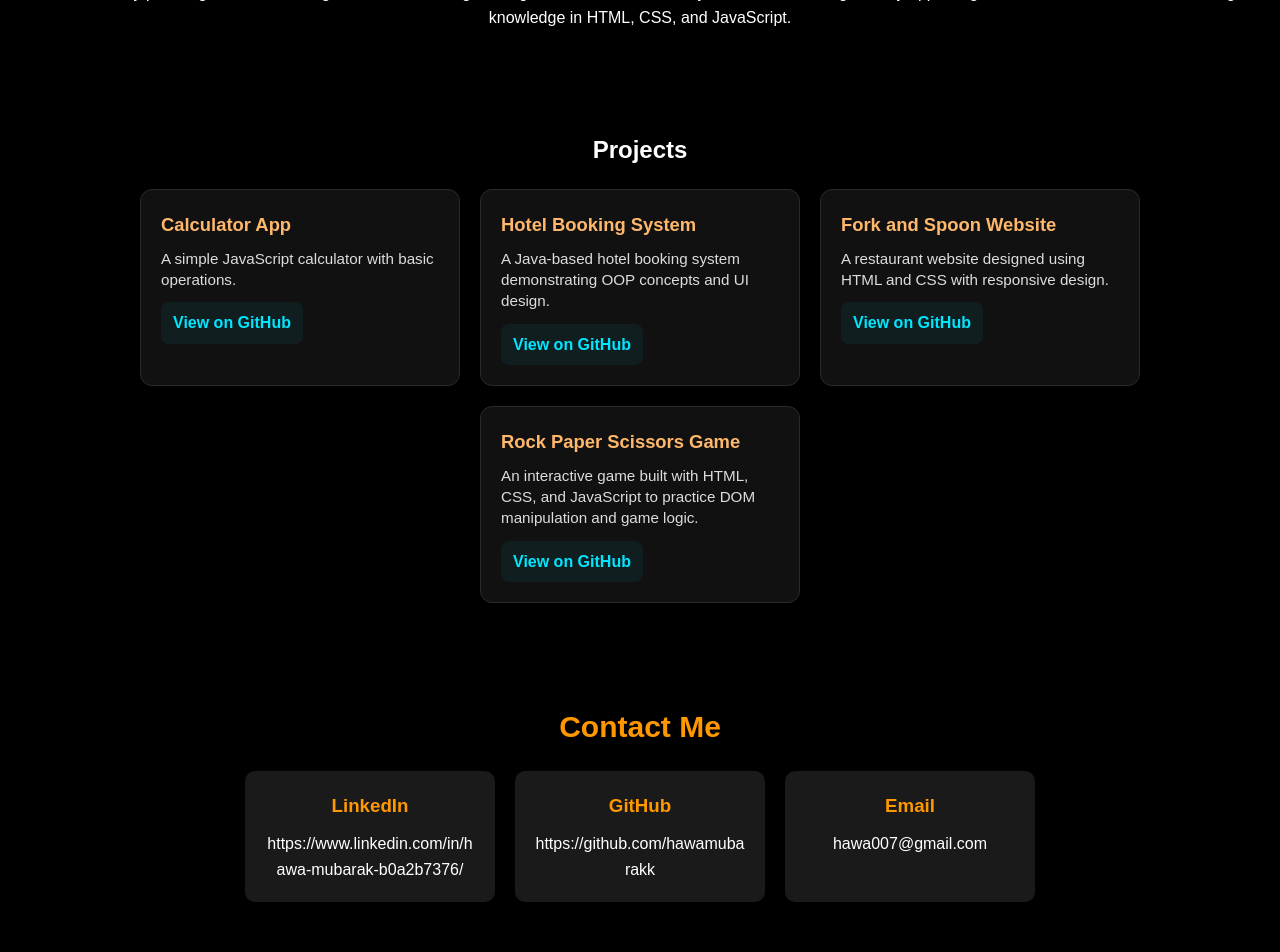
Repository: hawamubarakk/my-portfolio
Page: index.html
These files come from the project's save history. The page is drawn as it stood at one moment and after the next save; the edit follows.
The browser window is 1280 px wide. The pictures show the part of the page from y = 917 to 1869 px (the page is 1869 px tall before and 1844 px after).

Above is the page before, as saved 2025-08-12 17:45:32.

After the next save:
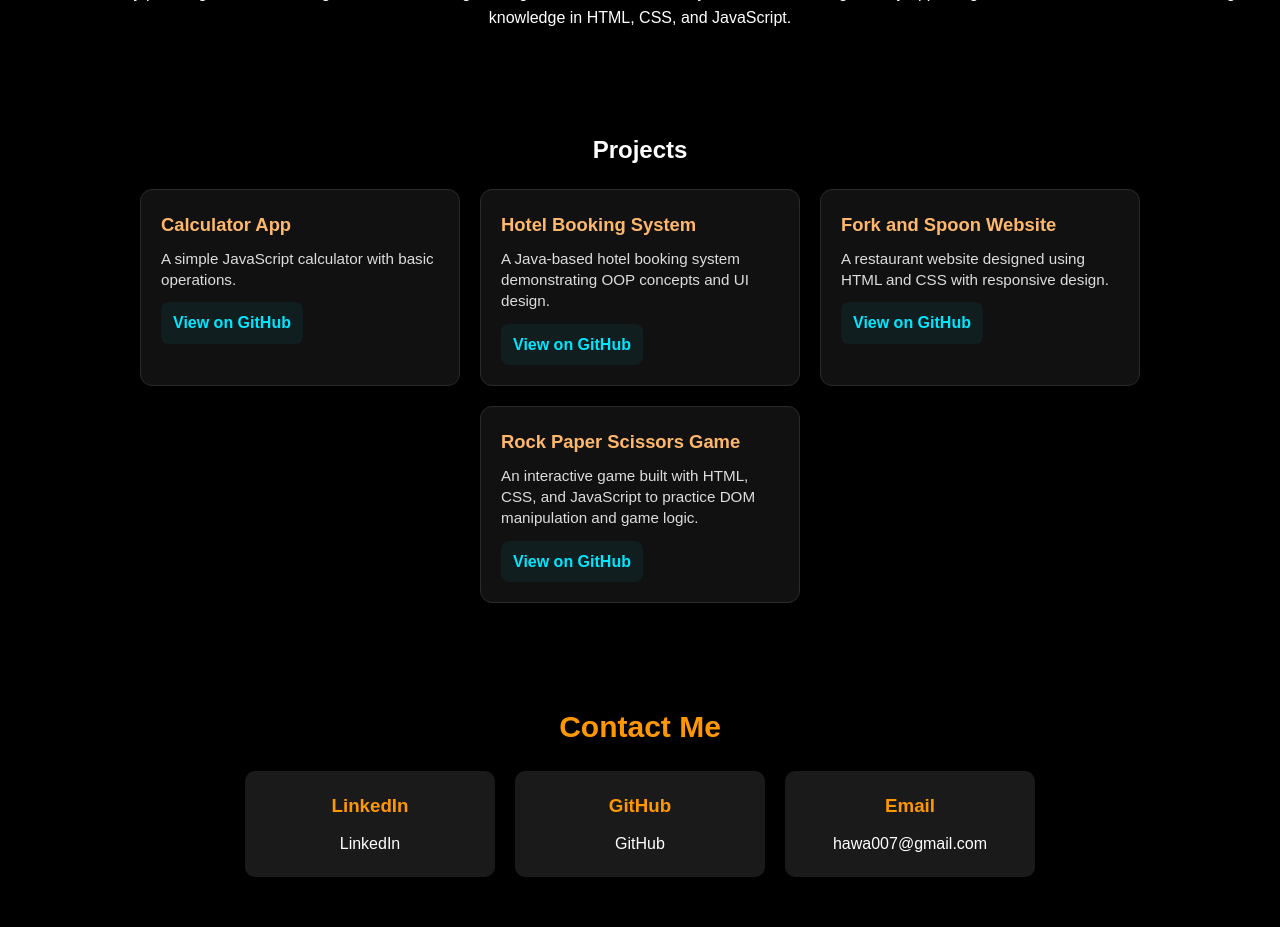
Saved 2 min 59 s later.
--- a/index.html
+++ b/index.html
@@ -70,11 +70,11 @@
         <div class="contact-boxes">
             <div class="contact-box">
                 <h3>LinkedIn</h3>
-                <p><a href="#">https://www.linkedin.com/in/hawa-mubarak-b0a2b7376/</a></p>
+                <a href="https://www.linkedin.com/in/hawa-mubarak-b0a2b7376/" target="_blank" rel="noopener">LinkedIn</a>
             </div>
             <div class="contact-box">
                 <h3>GitHub</h3>
-                <p><a href="#">https://github.com/hawamubarakk</a></p>
+                <p><a href="https://github.com/hawamubarakk" target="_blank" rel="noopener">GitHub</a></p>
             </div>
             <div class="contact-box">
                 <h3>Email</h3>
